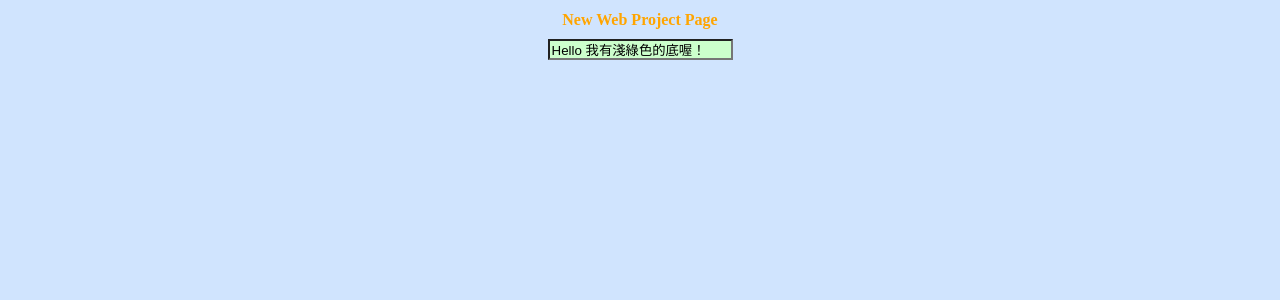
Repository: ericluo1123/myWebCode
Page: myWebProject/index.html
These files come from the project's save history. The page is drawn as it stood at one moment and after the next save; the edit follows.
The browser window is 1280 px wide. The pictures show the whole page.

Above is the page before, as saved 2014-10-23 03:50:53.

After the next save:
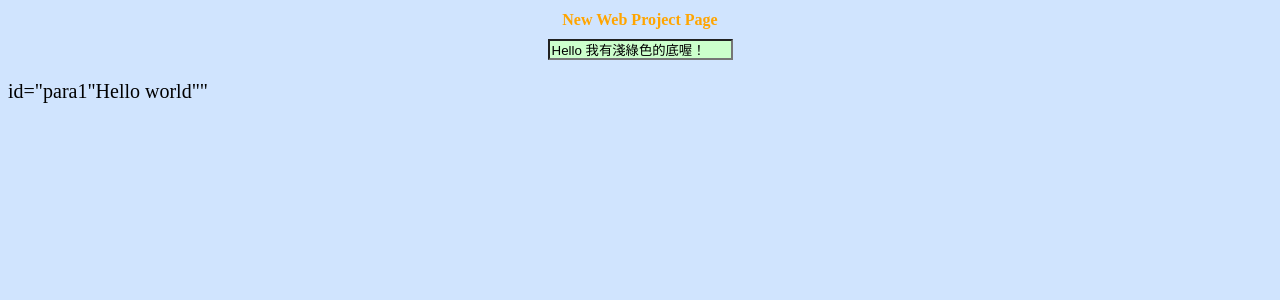
Saved 59 s later.
--- a/myWebProject/index.html
+++ b/myWebProject/index.html
@@ -16,6 +16,6 @@
 		<h1>
 		<input type="Text" value="Hello 我有淺綠色的底喔！"	STYLE="background-color:#ccffcc">
 		</h1>
-
+		<p>id="para1"Hello world""</p>
 	</body>
 </html>
